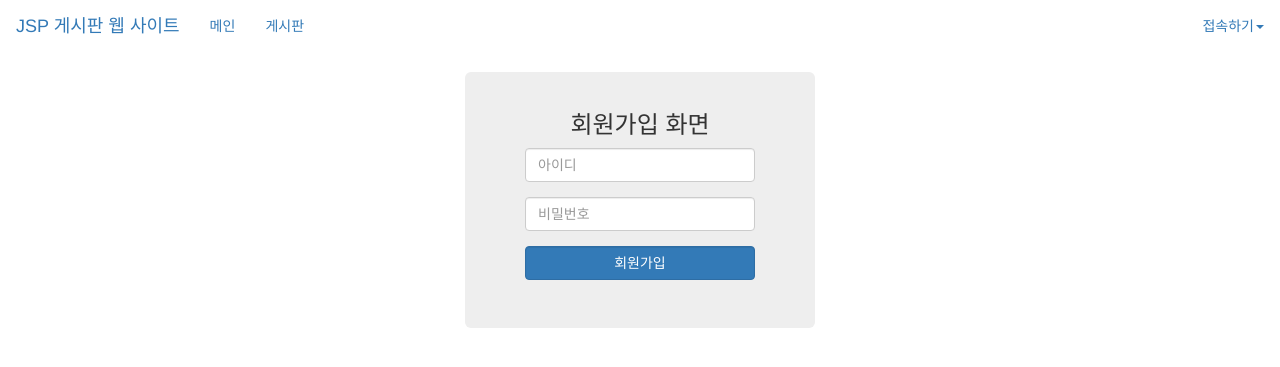
Repository: DDDEPE/mvc
Page: http://localhost/BBS/join.jsp
These files come from the project's save history. The page is drawn as it stood at one moment and after the next save; the edit follows.
The browser window is 1280 px wide. The pictures show the whole page.
Some web libraries are served in a nearby version. The page is served by Tomcat 9. Other server files are loaded and not shown.

Above is the page before, as saved 2022-08-18 07:51:02.

### BBS/src/main/webapp/join.jsp
<%@ page language="java" contentType="text/html; charset=UTF-8"
    pageEncoding="UTF-8"%>
<!DOCTYPE html>
<html>
<head>
<meta http-equiv = "Content-Type" content="text/html; charset=UTF-8">
<meta name="viewport" content="width=device-width",initial-scale="1">
<link rel="stylesheet" href="css/bootstrap.css">
<title>JSP 게시판 웹 사이트</title>
</head>
<body>
	<nav class="navbar navbar default">
		<div class="navbar-header">
			<button type = "button" class = "navbar-toggle collapsed"
				data-toggle= "collapse" data-target="#bs-example-navbar-collapse-1"
				aria-expanded="false">
				<span class = "icon-bar"></span>
				<span class = "icon-bsar"></span>
				<span class = "icon-bar"></span>
			</button>
			<a class = "navbar-brand" href="main.jsp">JSP 게시판 웹 사이트</a>
		</div>
		<div class ="collapse navbar-collapse" id ="bs-example-navbar-collapse-1">
			<ul class = "nav navbar-nav">
				<li><a href="main.jsp">메인</a>
				<li><a href="bbs.jsp">게시판</a>
				</ul>
				<ul class = "nav navbar-nav navbar-right">
					<li class = "dropdown">
						<a href="#" class = "dropdown-toggle"
							data-toggle="dropdown" role="button" aria-haspopup="true"
							aria-expanded="false">접속하기<span class="caret"></span></a>
						<ul class = "dropdown-menu">
							<li class = "active"><a gref="login.jsp">로그인</a></li>
							<li><a gref="join.jsp">회원가입</a></li>
				</ul>
		</div>
	</nav>
	<div class = "container">
		<div class ="col-lg-4"></div>
		<div class="col-lg-4">
			<div class="jumbotron" style = "padding-top:20px;">
				<form method = "post" action = "loginAction.jsp">
					<h3 style="text-align: center;">회원가입 화면</h3>
					<div class="form-group">
						<input type = "text" class = "form-control" placeholder="아이디" name="userID" maxlength="20">
					</div>
					<div class ="form-group">
						<input type = "password" class="form-control" placeholder="비밀번호" name="userPassword" maxlength="20">
					</div>
					<input type="submit" class="btn btn-primary form-control" value="회원가입">
				</form>
		</div>
	</div>
	<script src="https://code.jquery.com/jquery-3.1.1.min.js"></script>
	<script src="js/bootstrap.js"></script>
</body>
</html>

Loaded but not shown: BBS/src/main/webapp/css/bootstrap.css (library); BBS/src/main/webapp/js/bootstrap.js (library)

After the next save:
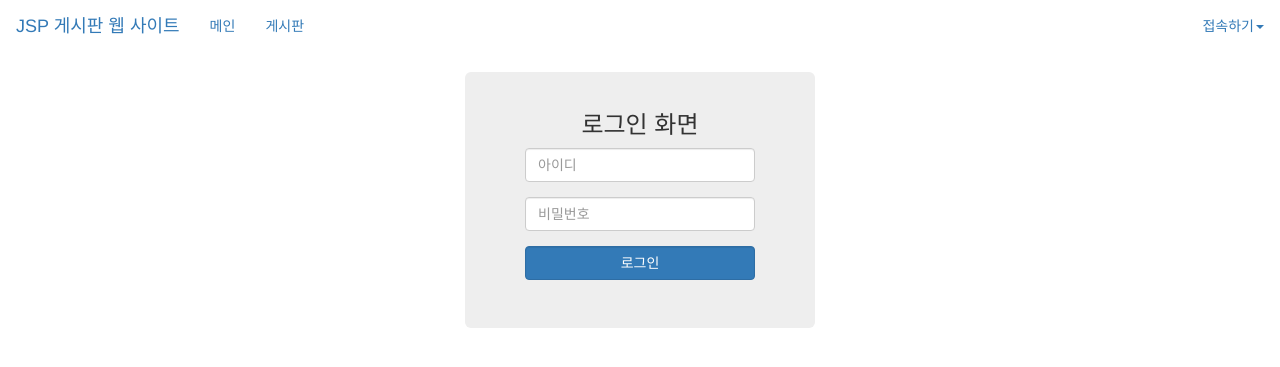
Saved 21 s later.
--- a/BBS/src/main/webapp/join.jsp
+++ b/BBS/src/main/webapp/join.jsp
@@ -33,7 +33,9 @@
 						<ul class = "dropdown-menu">
 							<li class = "active"><a gref="login.jsp">로그인</a></li>
 							<li><a gref="join.jsp">회원가입</a></li>
-				</ul>
+					</ul>
+				</li>
+			</ul>
 		</div>
 	</nav>
 	<div class = "container">
@@ -41,16 +43,18 @@
 		<div class="col-lg-4">
 			<div class="jumbotron" style = "padding-top:20px;">
 				<form method = "post" action = "loginAction.jsp">
-					<h3 style="text-align: center;">회원가입 화면</h3>
+					<h3 style="text-align: center;">로그인 화면</h3>
 					<div class="form-group">
 						<input type = "text" class = "form-control" placeholder="아이디" name="userID" maxlength="20">
 					</div>
 					<div class ="form-group">
 						<input type = "password" class="form-control" placeholder="비밀번호" name="userPassword" maxlength="20">
 					</div>
-					<input type="submit" class="btn btn-primary form-control" value="회원가입">
+					<input type="submit" class="btn btn-primary form-control" value="로그인">
 				</form>
 		</div>
+	</div>
+	<div class = "col-lg-4"></div>
 	</div>
 	<script src="https://code.jquery.com/jquery-3.1.1.min.js"></script>
 	<script src="js/bootstrap.js"></script>

After the save that followed:
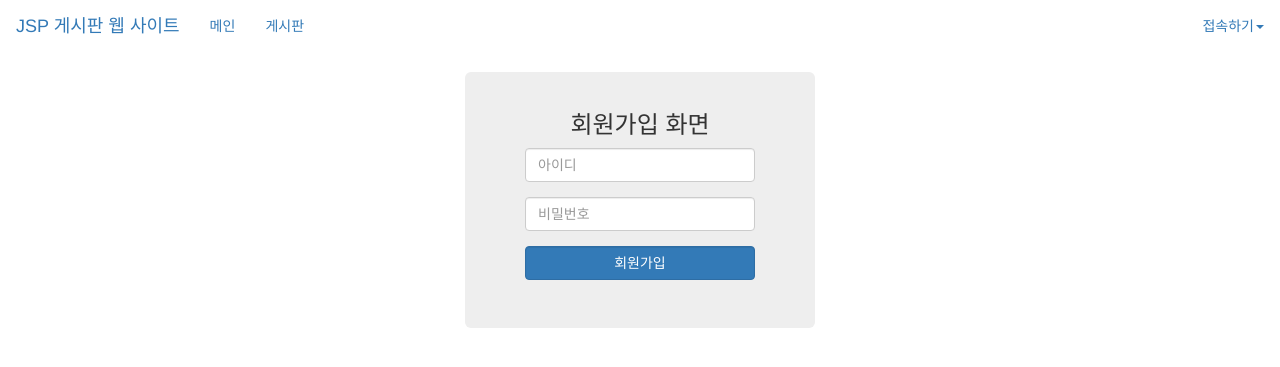
Saved 13 s later.
--- a/BBS/src/main/webapp/join.jsp
+++ b/BBS/src/main/webapp/join.jsp
@@ -43,14 +43,14 @@
 		<div class="col-lg-4">
 			<div class="jumbotron" style = "padding-top:20px;">
 				<form method = "post" action = "loginAction.jsp">
-					<h3 style="text-align: center;">로그인 화면</h3>
+					<h3 style="text-align: center;">회원가입 화면</h3>
 					<div class="form-group">
 						<input type = "text" class = "form-control" placeholder="아이디" name="userID" maxlength="20">
 					</div>
 					<div class ="form-group">
 						<input type = "password" class="form-control" placeholder="비밀번호" name="userPassword" maxlength="20">
 					</div>
-					<input type="submit" class="btn btn-primary form-control" value="로그인">
+					<input type="submit" class="btn btn-primary form-control" value="회원가입">
 				</form>
 		</div>
 	</div>
